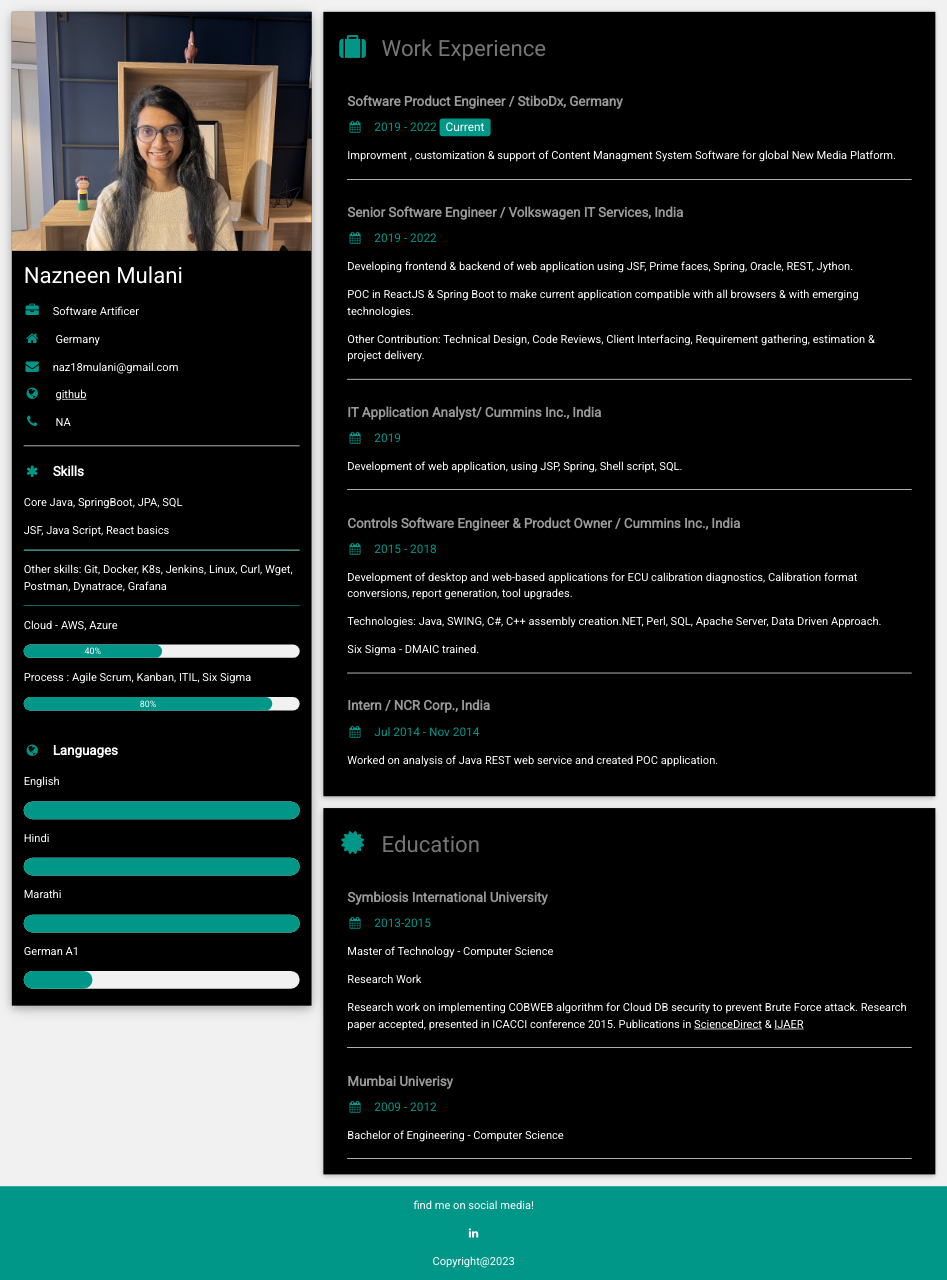
Repository: nazneenprojects/nazneen.github.io
Page: index.html
An editor plug-in stored every save of this project. The page is shown before and after the next save, followed by the edit.
The browser window is 1280 px wide. The pictures show the whole page, at 74% of full size.

Above is the page before, as saved 2023-07-09 11:43:16.

After the next save:
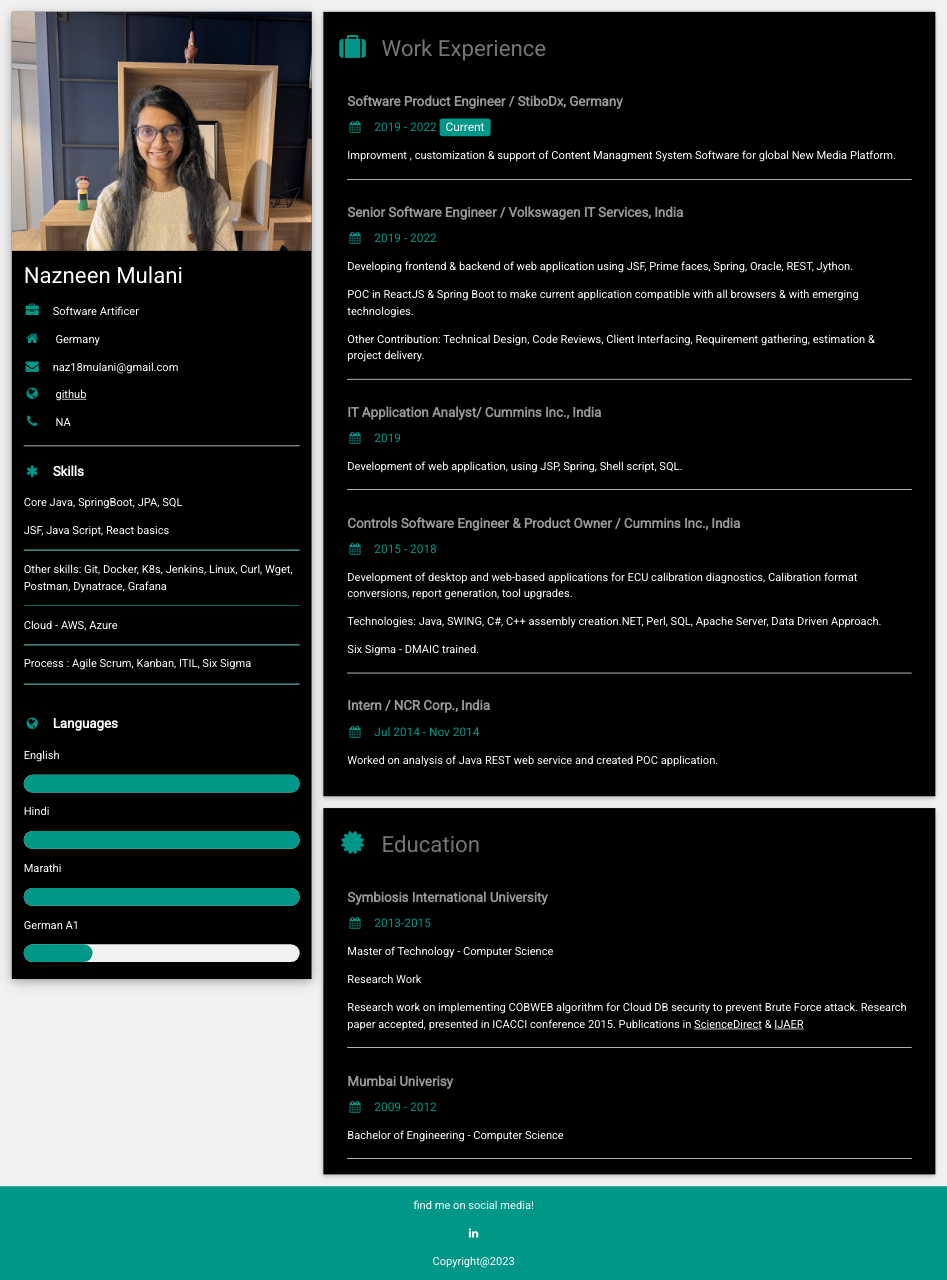
Saved 28 s later.
--- a/index.html
+++ b/index.html
@@ -52,11 +52,11 @@
           </div>
           <p>Cloud - AWS, Azure</p>
           <div class="w3-light-grey w3-round-xlarge w3-small">
-            <div class="w3-container w3-center w3-round-xlarge w3-teal" style="width:50%">40%</div>
+            <div class="w3-container w3-center w3-round-xlarge w3-teal" style="width:100%"></div>
           </div>
           <p>Process : Agile Scrum, Kanban, ITIL, Six Sigma</p>
           <div class="w3-light-grey w3-round-xlarge w3-small">
-            <div class="w3-container w3-center w3-round-xlarge w3-teal" style="width:90%">80%</div>
+            <div class="w3-container w3-center w3-round-xlarge w3-teal" style="width:100%"></div>
           </div>
           <br>
 
